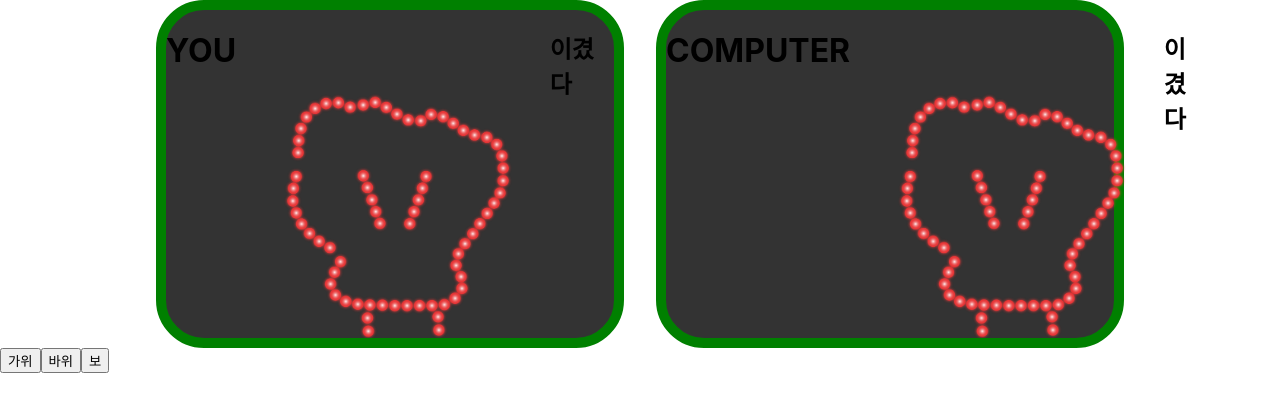
Repository: KIMMIHYE12/classComponent
Page: /
The author's editor kept a copy of each file at every save. The page is drawn from the files as they stood at one save, then again after the next save.
The browser window is 1280 px wide. The pictures show the whole page.
The project was rebuilt for these pictures with package versions that can differ from the ones it lists, and the page was loaded fresh each time.

Above is the page before, as saved 2024-03-18 20:52:57.

### src/App.js
import "./App.css";
import { Box } from "./component/Box";

function App() {
  return (
    <>
      <div className='game_screen'>
        <Box title='YOU' />
        <Box title='COMPUTER' />
      </div>
      <div>
        <button>가위</button>
        <button>바위</button>
        <button>보</button>
      </div>
    </>
  );
}

export default App;

### src/App.css
.game_screen {
  width: 100%;
  display: flex;
  justify-content: center;
}
.box {
  width: 35%;
  display: flex;
  margin: 0 1em;
  border: 10px solid green;
  background: #333;
  border-radius: 3rem;
}
img {
  width: 70%;
}

### src/component/Box.js
import React from "react";

export const Box = (props) => {
  console.log(props);
  return (
    <div className='box'>
      <h1>{props.title}</h1>
      <img src='/images/rock.png' />
      <h2>이겼다</h2>
    </div>
  );
};

Loaded but not shown: public/index.html (common file); src/index.js (common file); src/index.css (common file); src/reportWebVitals.js (common file)

After the next save:
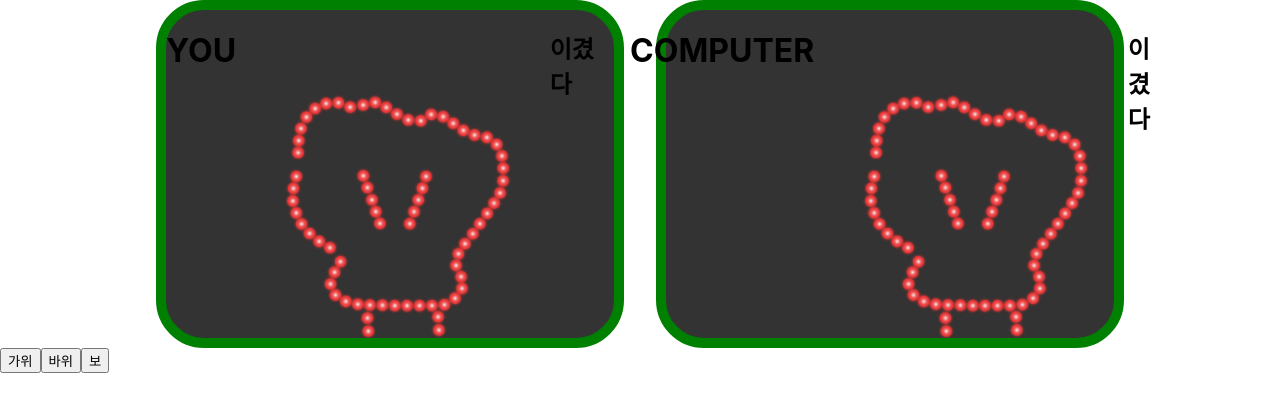
Saved 10 s later.
--- a/src/App.css
+++ b/src/App.css
@@ -6,6 +6,7 @@
 .box {
   width: 35%;
   display: flex;
+  justify-content: center;
   margin: 0 1em;
   border: 10px solid green;
   background: #333;
